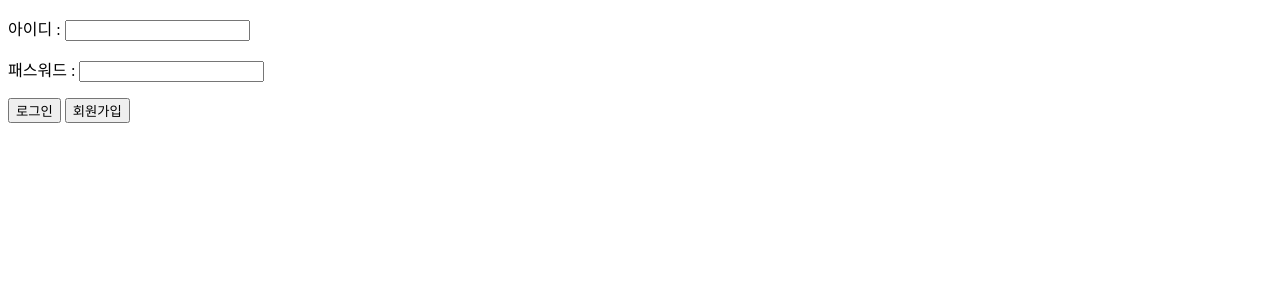
Repository: matodale/StudyJSP
Page: http://localhost/StudyJSP/ch12/cookieLoginForm.jsp
An editor plug-in stored every save of this project. The page is shown before and after the next save, followed by the edit.
The browser window is 1280 px wide. The pictures show the whole page.
The page is served by Tomcat 9. Other server files are loaded and not shown.

Above is the page before, as saved 2022-12-23 11:04:49.

### StudyJSP/src/main/webapp/ch12/cookieLoginForm.jsp
<%@ page language="java" contentType="text/html; charset=UTF-8"
    pageEncoding="UTF-8"%>
<!DOCTYPE html>
<html>
<head>
<meta charset="UTF-8">
<title>쿠키 사용 로그인 폼</title>
</head>
<body>
	<form method="post" action="cookieLoginPro.jsp">
		<p>아이디 : <input type="text" name="id" maxlength="50"></p>
		<p>패스워드 : <input type="password" name="passwd" maxlength="16"></p>
		<input type="submit" value="로그인">
		<input type="button" value="회원가입" onclick="location.href='insertMemberForm.jsp'">
	</form>
</body>
</html>

After the next save:
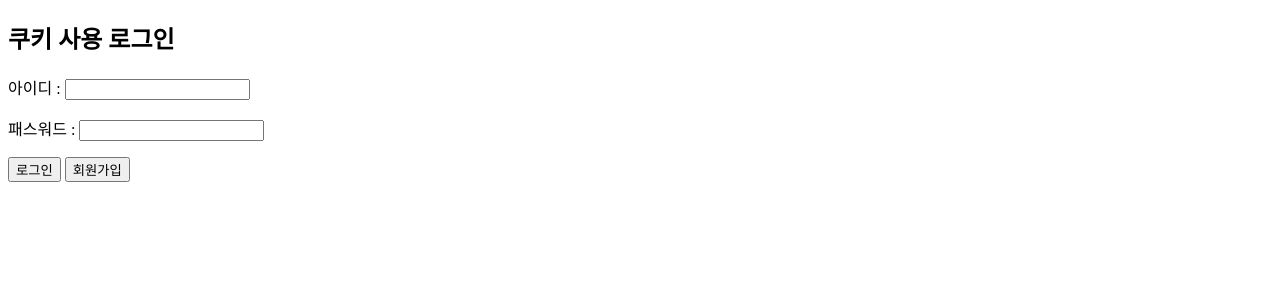
Saved 39 s later.
--- a/StudyJSP/src/main/webapp/ch12/cookieLoginForm.jsp
+++ b/StudyJSP/src/main/webapp/ch12/cookieLoginForm.jsp
@@ -7,6 +7,7 @@
 <title>쿠키 사용 로그인 폼</title>
 </head>
 <body>
+	<h2>쿠키 사용 로그인 </h2>
 	<form method="post" action="cookieLoginPro.jsp">
 		<p>아이디 : <input type="text" name="id" maxlength="50"></p>
 		<p>패스워드 : <input type="password" name="passwd" maxlength="16"></p>
